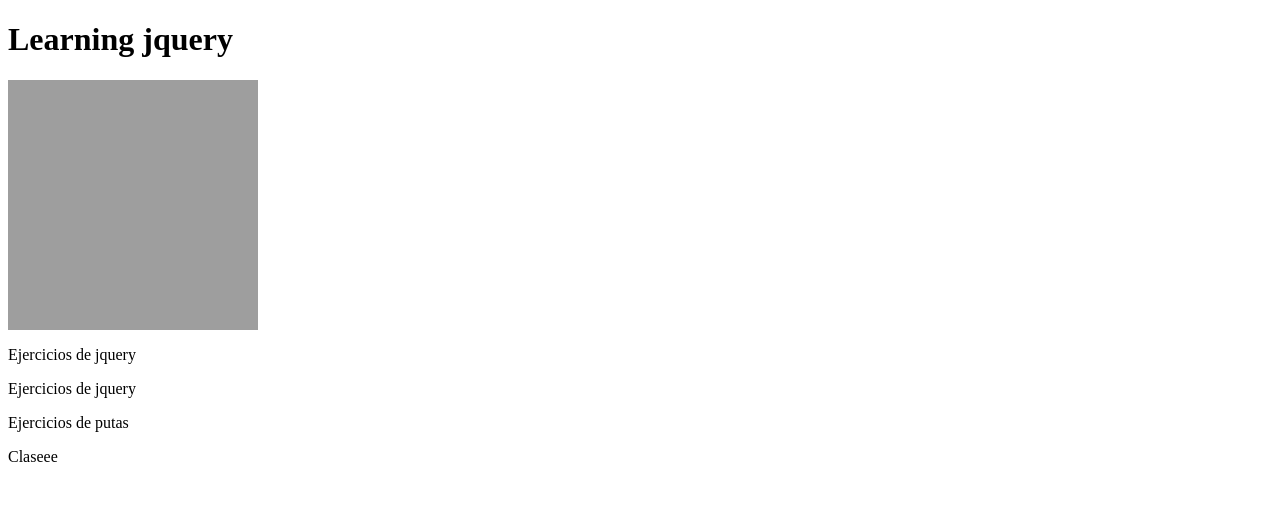
Repository: gitmadacode/practica_javascript
Page: Inicio/jquery/eventos.html
An editor plug-in stored every save of this project. The page is shown before and after the next save, followed by the edit.
The browser window is 1280 px wide. The pictures show the whole page.
Pictures or frames that could not be fetched are drawn as grey boxes.

Above is the page before, as saved 2019-09-13 20:39:40.

After the next save:
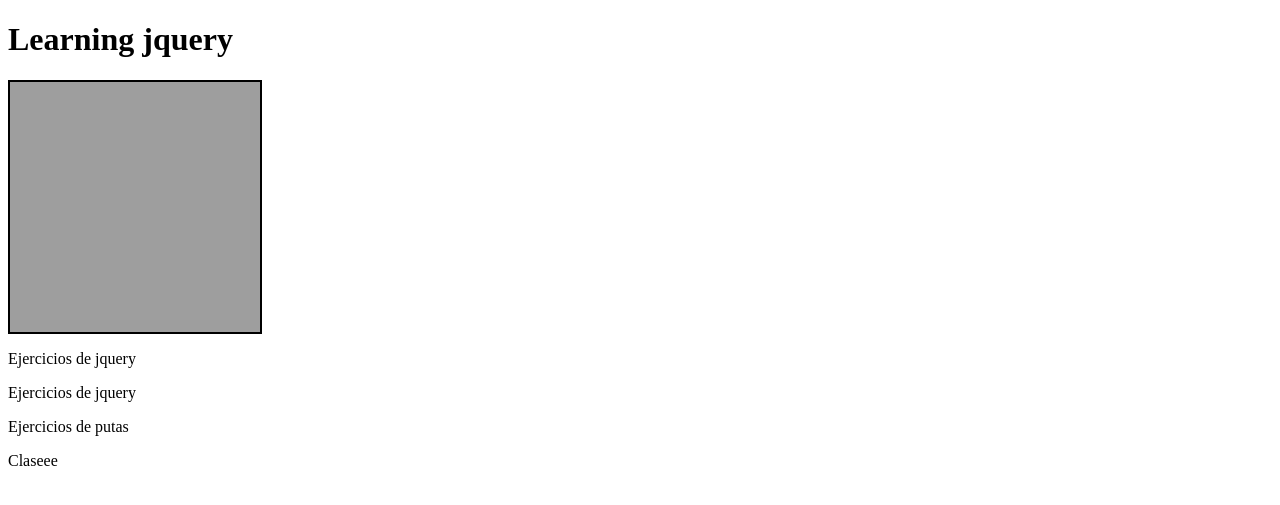
Saved 5 s later.
--- a/Inicio/jquery/eventos.html
+++ b/Inicio/jquery/eventos.html
@@ -11,7 +11,7 @@
     #caja{
         width: 250px;
         height: 250px;
-
+        border: 2px solid black;
         background: lightblue url("https://i.ytimg.com/vi/Zb9RC1PZ0iA/maxresdefault.jpg") center;
 
     }
